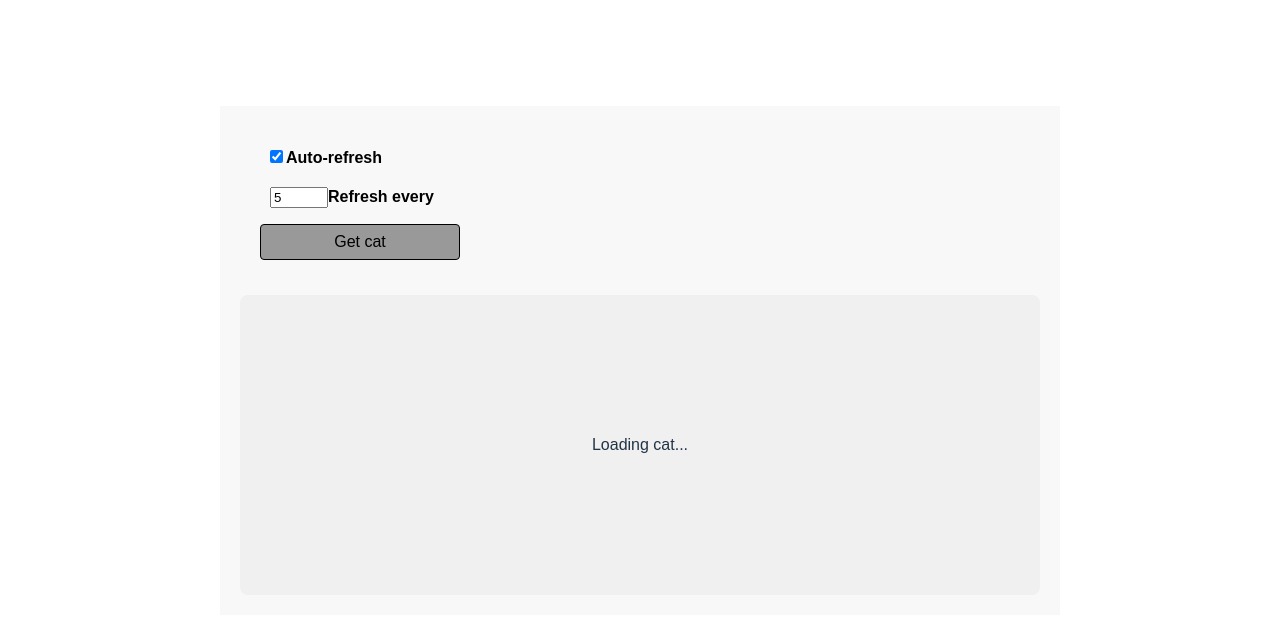
Repository: Pharaoh5/test-assignment5
Page: /
These files come from the project's save history. The page is drawn as it stood at one moment and after the next save; the edit follows.
The browser window is 1280 px wide. The pictures show the whole page.
The page's requests for data from a server got no answer. The project was rebuilt for these pictures with package versions that can differ from the ones it lists, and the page was loaded fresh each time. No one was signed in, and anything a server would have sent is missing. Also part of the build but not shown: vite.config.ts.

Above is the page before, as saved 2025-04-08 19:31:43.

### index.html
<!doctype html>
<html lang="en">
  <head>
    <meta charset="UTF-8" />
    <link rel="icon" type="image/svg+xml" href="/vite.svg" />
    <meta name="viewport" content="width=device-width, initial-scale=1.0" />
    <title>Vite + React + TS</title>
  </head>
  <body>
    <div id="root" style="width: 100%;"></div>
    <script type="module" src="/src/main.tsx"></script>
  </body>
</html>

### src/App.tsx
import { useState, useEffect } from 'react';
import styled from 'styled-components';
import CatImage from './components/CatImage';
import Controls from './components/Controls';

const AppContainer = styled.div`
  background-color: #f8f8f8;
  font-family: Arial, sans-serif;
  max-width: 800px;
  margin: 0 auto;
  padding: 20px;
  text-align: center;
`;

const App = () => {
  const [catImage, setCatImage] = useState(null);
  const [autoRefresh, setAutoRefresh] = useState(true);
  const [refreshInterval, setRefreshInterval] = useState(5);

  const fetchCat = async () => {
    try {
      const response = await fetch('https://api.thecatapi.com/v1/images/search');
      const data = await response.json();
      setCatImage(data[0].url);
    } catch (error) {
      console.error('Error fetching cat:', error);
    }
  };

  useEffect(() => {
    fetchCat();
  }, []);

  useEffect(() => {
    let intervalId: number;
    if (autoRefresh) {
      intervalId = setInterval(fetchCat, refreshInterval * 1000);
    }
    return () => {
      if (intervalId) clearInterval(intervalId);
    };
  }, [autoRefresh, refreshInterval]);

  return (
    <AppContainer>
      <Controls
      autoRefresh={autoRefresh}
      refreshInterval={refreshInterval}
      onToggleAutoRefresh={() => setAutoRefresh(!autoRefresh)}
      onRefreshIntervalChange={(e: React.ChangeEvent<HTMLInputElement>) => setRefreshInterval(Number(e.target.value))}
      onManualRefresh={fetchCat}
      />
      <CatImage imageUrl={catImage as string | null} />
    </AppContainer>
  );
};

export default App;

### src/components/CatImage.tsx
import styled from 'styled-components';

const ImageContainer = styled.div`
`;

const CatImg = styled.img`
  max-width: 100%;
  max-height: 500px;
  border-radius: 8px;
  box-shadow: 0 2px 4px rgba(0, 0, 0, 0.1);
`;

const Placeholder = styled.div`
  width: 100%;
  height: 300px;
  background-color: #f0f0f0;
  display: flex;
  align-items: center;
  justify-content: center;
  border-radius: 8px;
`;

interface CatImageProps {
    imageUrl?: string | null;
  }

const CatImage = ({ imageUrl }: CatImageProps) => {
  return (
    <ImageContainer>
      {imageUrl ? (
        <CatImg src={imageUrl} alt="Random cat" />
      ) : (
        <Placeholder>Loading cat...</Placeholder>
      )}
    </ImageContainer>
  );
};

export default CatImage;

### src/components/Controls.tsx
import styled from 'styled-components';

const ControlsContainer = styled.div`
  padding: 20px;
  border-radius: 8px;
  text-align: left;
`;

const ControlGroup = styled.div`
  margin-bottom: 15px;
  text-align: left;
  color: black;
`;

const Label = styled.label`
  margin-right: 10px;
  font-weight: bold;
  color: black;
`;

const Button = styled.button`
  width: 200px;
  padding: 8px 16px;
  background-color:rgb(153, 153, 153);
  color: black;
  border: none;
  border-radius: 4px;
  cursor: pointer;
  font-size: 16px;
  border: 1px solid black;

  &:hover {
    box-shadow: 4px 4px 8px 0px rgba(29, 29, 29, 0.2);
  }
`;

interface ControlsProps {
  autoRefresh: boolean;
  refreshInterval: number;
  onToggleAutoRefresh: (event: React.ChangeEvent<HTMLInputElement>) => void;
  onRefreshIntervalChange: (event: React.ChangeEvent<HTMLInputElement>) => void;
  onManualRefresh: () => void;
}

const Controls: React.FC<ControlsProps> = ({
  autoRefresh,
  refreshInterval,
  onToggleAutoRefresh,
  onRefreshIntervalChange,
  onManualRefresh
}) => {
  return (
    <ControlsContainer>
      <ControlGroup>
        <Label>
          <input
            type="checkbox"
            checked={autoRefresh}
            onChange={onToggleAutoRefresh}
            style={{ marginLeft: '10px' }}
          />
            Auto-refresh
        </Label>
      </ControlGroup>

      {autoRefresh && (
        <ControlGroup>
          <Label>
            <input
              type="number"
              min="1"
              max="60"
              value={refreshInterval}
              onChange={onRefreshIntervalChange}
              style={{ marginLeft: '10px', width: '50px' }}
            />
            Refresh every
          </Label>
        </ControlGroup>
      )}

      <ControlGroup>
        <Button onClick={onManualRefresh}>Get cat</Button>
      </ControlGroup>
    </ControlsContainer>
  );
};

export default Controls;

Loaded but not shown: src/main.tsx (common file); src/index.css (common file)

After the next save:
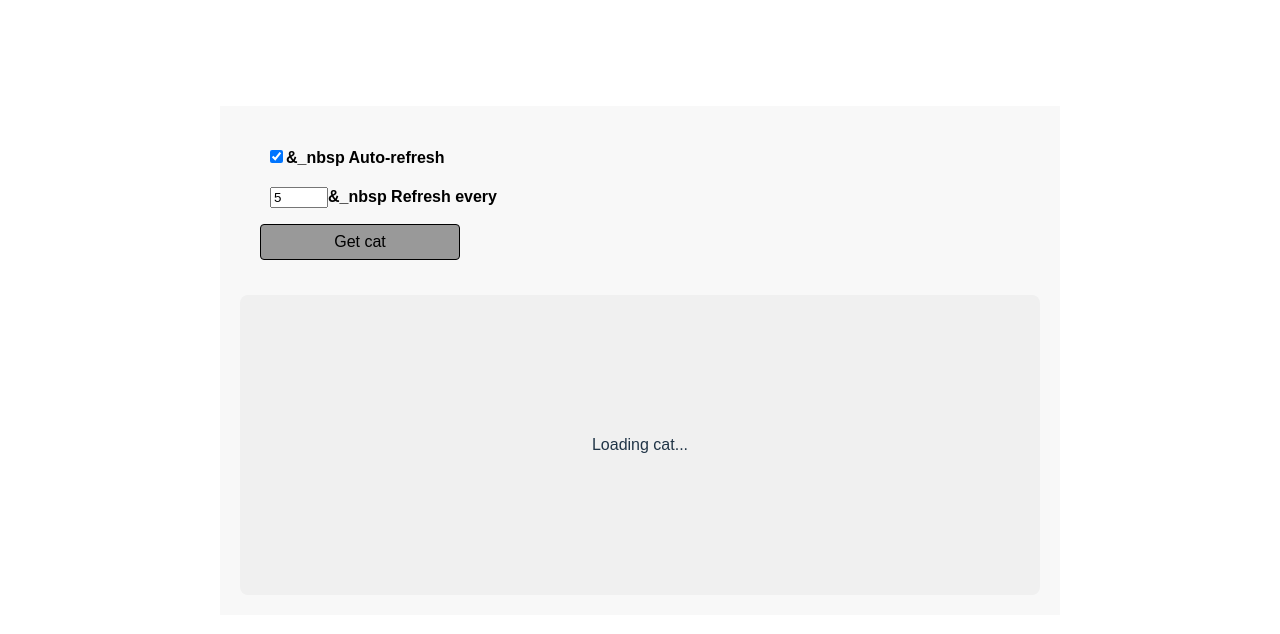
Saved 30 s later.
--- a/src/components/Controls.tsx
+++ b/src/components/Controls.tsx
@@ -59,7 +59,7 @@
             onChange={onToggleAutoRefresh}
             style={{ marginLeft: '10px' }}
           />
-            Auto-refresh
+        &_nbsp Auto-refresh
         </Label>
       </ControlGroup>
 
@@ -74,7 +74,7 @@
               onChange={onRefreshIntervalChange}
               style={{ marginLeft: '10px', width: '50px' }}
             />
-            Refresh every
+            &_nbsp Refresh every
           </Label>
         </ControlGroup>
       )}

After the save that followed:
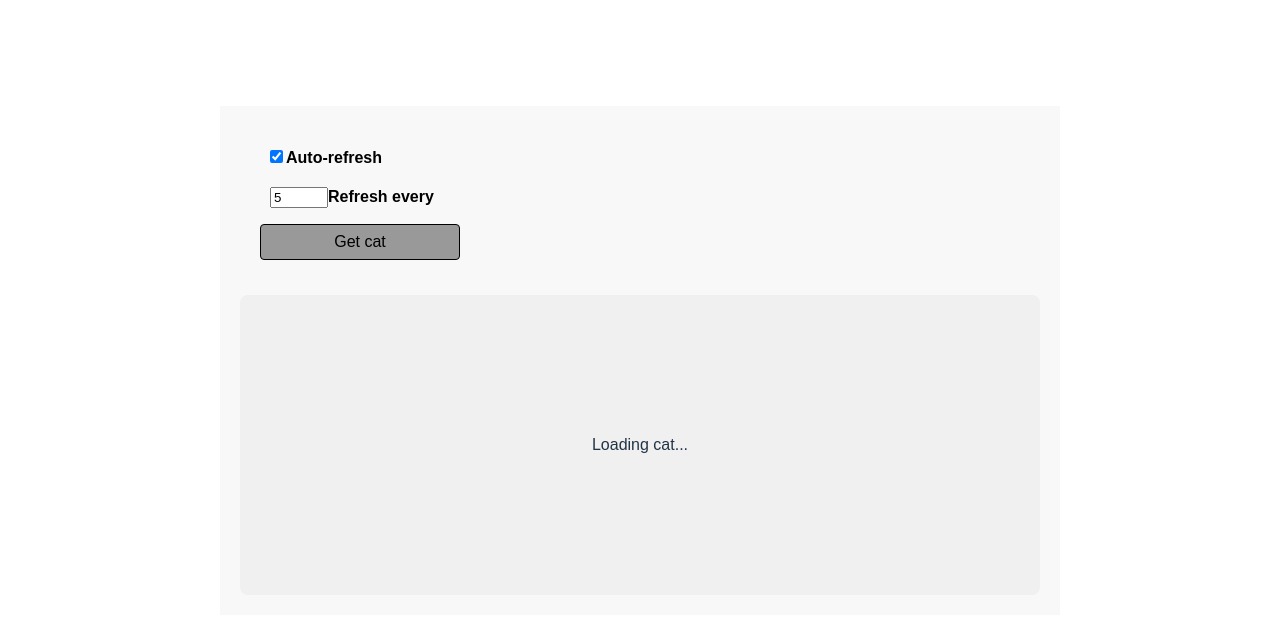
Saved 7 s later.
--- a/src/components/Controls.tsx
+++ b/src/components/Controls.tsx
@@ -59,7 +59,7 @@
             onChange={onToggleAutoRefresh}
             style={{ marginLeft: '10px' }}
           />
-        &_nbsp Auto-refresh
+        Auto-refresh
         </Label>
       </ControlGroup>
 
@@ -74,7 +74,7 @@
               onChange={onRefreshIntervalChange}
               style={{ marginLeft: '10px', width: '50px' }}
             />
-            &_nbsp Refresh every
+            Refresh every
           </Label>
         </ControlGroup>
       )}
